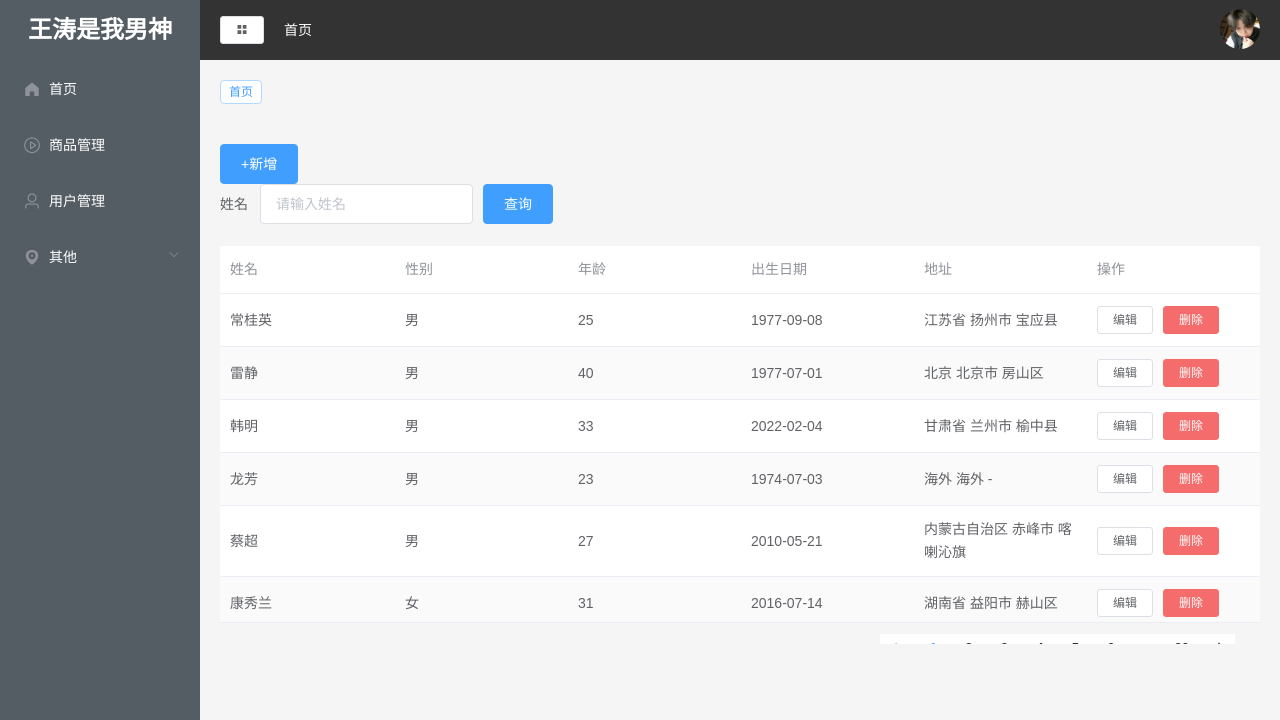
Repository: wangtao20230308/-
Page: /user
These files come from the project's save history. The page is drawn as it stood at one moment and after the next save; the edit follows.
The browser window is 1280 px wide. The pictures show the whole page.
The project was rebuilt for these pictures with package versions that can differ from the ones it lists, and the page was loaded fresh each time. Also part of the build but not shown: src/views/Home.vue, src/views/Mall.vue, src/views/PageOne.vue, src/views/PageTwo.vue.

Above is the page before, as saved 2023-03-27 13:51:25.

### src/main.js
import Vue from 'vue'
import App from './App.vue'
// //element-ui全局引入
// import ElementUI from 'element-ui';
// import 'element-ui/lib/theme-chalk/index.css';
// //element-ui转换成一个插件
// Vue.use(ElementUI);

//ele按需导入
import {
  Pagination,
  MessageBox,
  DatePicker,
  Select,
  Option,
  Form,
  FormItem,
  Input,
  Dialog,
  Tag,
  Breadcrumb,
  BreadcrumbItem,
  Table,
  TableColumn,
  Col,
  Row,
  Card,
  Button,
  Radio,
  Container,
  Aside,
  Header,
  Main,
  Menu,
  Submenu,
  MenuItemGroup,
  MenuItem,
  Dropdown,
  DropdownMenu,
  DropdownItem,
} from 'element-ui'
import 'element-ui/lib/theme-chalk/index.css'
import './assets/less/index.less'
Vue.use(Button)
Vue.use(Radio)
Vue.use(Container)
Vue.use(Aside)
Vue.use(Header)
Vue.use(Main)
Vue.use(Menu)
Vue.use(Submenu)
Vue.use(MenuItemGroup)
Vue.use(MenuItem)
Vue.use(Dropdown)
Vue.use(DropdownMenu)
Vue.use(DropdownItem)
Vue.use(Card)
Vue.use(Row)
Vue.use(Col)
Vue.use(Table)
Vue.use(TableColumn)
Vue.use(Breadcrumb)
Vue.use(BreadcrumbItem)
Vue.use(Tag)
Vue.use(Dialog)
Vue.use(Form)
Vue.use(FormItem)
Vue.use(Input)
Vue.use(Select)
Vue.use(Option)
Vue.use(DatePicker)
Vue.use(Pagination)

Vue.component(MessageBox.name, MessageBox) // 全局注册组件， 若使用Vue.use()会再初始时候执行一次，有bug
Vue.prototype.$message = MessageBox // 挂载到vm实例上
Vue.prototype.$confirm = MessageBox // 挂载到vm实例上

//路由引入
import router from './router'
import store from './store'
import './api/mock'

Vue.config.productionTip = false

new Vue({
  router,
  store, //把store挂载到vue实例上
  render: (h) => h(App),
}).$mount('#app')

### src/App.vue
<template>
  <div id="app">
    <router-view></router-view>
  </div>
</template>

<script>
//import HelloWorld from './components/HelloWorld.vue'

export default {
  name: 'App',
  components: {
    //HelloWorld
  },
}
</script>

<style lang="less">
html,
body,
h3,
p {
  padding: 0;
  margin: 0;
}
#app {
  height: 100vh;
}
</style>

### src/router/index.js
//import { hasOwnMetadata } from 'core-js/fn/reflect'
import Vue from 'vue'
import VueRouter from 'vue-router'
import Main from '../views/Main.vue'
import Home from '../views/Home.vue'
import User from '../views/User.vue'
import Mall from '../views/Mall.vue'
import PageOne from '../views/PageOne.vue'
import PageTwo from '../views/PageTwo.vue'

Vue.use(VueRouter)

const routes = [
  //主路由
  {
    path: '/',
    name: 'Main',
    //按需引入组件
    //原型：component: import()
    component: Main,
    redirect: '/home',
    children: [
      //子路由（嵌套路由）
      {
        //首页
        path: 'home',
        name: 'home',
        component: Home,
      },
      {
        //用户页
        path: 'user',
        name: 'user',
        component: User,
      },
      {
        //商品管理
        path: 'mall',
        name: 'mall',
        component: Mall,
      },
      {
        //页面1
        path: 'page1',
        name: 'page1',
        component: PageOne,
      },
      {
        //页面2
        path: 'page2',
        name: 'page2',
        component: PageTwo,
      },
      // {
      //   path: '/user',
      //   name: 'user',
      //   //按需引入组件
      //   //原型：component: import()
      //   component: () => import('../views/User')
      // }
    ],
  },
]

// new VueRouter({
//   mode: 'history',
// })
const router = new VueRouter({
  mode: 'history',
  routes,
})

//导出路由
export default router

### src/store/index.js
import Vue from 'vue'
import Vuex from 'vuex'
import tab from './tab'

//全局注入状态管理vuex
Vue.use(Vuex)

//创建vuex的实例
export default new Vuex.Store({
  modules: {
    tab,
  },
})

### src/api/mock.js
import Mock from 'mockjs'
import homeApi from './mockServeData/home'
import user from './mockServeData/user'

//定义mock请求拦截
// Mock.mock('/api/home/getData', 'get', function () {
//   //拦截到请求后的处理逻辑
//   console.log('拦截到了')
//   return 1
// })
Mock.mock('/api/home/getData', 'get', homeApi.getStatisticalData)

//用户列表的数据
Mock.mock('/api/user/add', 'post', user.createUser) //新增
Mock.mock('/api/user/edit', 'post', user.updateUser) //编辑
Mock.mock('/api/user/del', 'post', user.deleteUser) //删除
Mock.mock(/api\/user\/getUser/, 'get', user.getUserList) //获取表格数据

### src/assets/less/home.less
.home {
    .user {
      display: flex;
      align-items: center;
      padding-bottom: 20px;
      margin-bottom: 20px;
      border-bottom: 1px solid #ccc;
      img {
        width: 150px;
        height: 150px;
        border-radius: 50%;
        margin-right: 40px;
      }
      &info {
        .name {
          font-size: 32px;
          margin-bottom: 10px;
        }
        .access {
          color: #999999;
        }
      }
    }
    .login-info {
      p {
        line-height: 28px;
        font-size: 14px;
        color: #999999;
        span {
          color: #666666;
          margin-left: 60px;
        }
      }
    }
    .num {
      display: flex;
      flex-wrap: wrap;
      justify-content: space-between;
      .el-card {
        width: 32%;
        margin-bottom: 20px;
      }
      .icon {
        font-size: 30px;
        width: 80px;
        height: 80px;
        text-align: center;
        line-height: 80px;
        color: #fff;
      }
      .detail {
        margin-left: 15px;
        display: flex;
        flex-direction: column;
        justify-content: center;
        .num {
          font-size: 30px;
          margin-bottom: 10px;
        }
        .txt {
          font-size: 14px;
          text-align: center;
          color: #999999;
        }
      }
    }
    .graph {
      margin-top: 20px;
      display: flex;
      justify-content: space-between;
      .el-card {
        width: 48%;
      }
    }
  }

### src/views/Main.vue
<template>
  <el-container style="height: 100%">
    <el-aside width="auto">
      <!-- aside -->
      <common-aside></common-aside>
    </el-aside>
    <el-container>
      <el-header>
        <!-- Header -->
        <common-header></common-header>
      </el-header>
      <common-tag />
      <el-main>
        <!-- 路由出口，匹配到的组件都渲染在这里 -->
        <router-view></router-view>
      </el-main>
    </el-container>
  </el-container>
</template>

<script>
import CommonAside from '../components/CommonAside.vue'
import CommonHeader from '../components/CommonHeader.vue'
import commonTag from '../components/commonTag.vue'
export default {
  name: 'Main',
  components: {
    CommonAside,
    CommonHeader,
    commonTag,
  },
  data() {
    return {}
  },
}
</script>

<style lang="less" scoped>
.el-header {
  background-color: #333;
}
// .el-main {
//   padding-top: 0;
// }
</style>

### src/views/User.vue
<template>
  <div class="manage">
    <div>
      <el-dialog title="提示" :visible.sync="dialogVisible" width="50%" :before-close="handleClose">
        <!-- 用户的表单信息 -->
        <el-form ref="form" :model="form" label-width="80px" :inline="true" :rules="rules">
          <el-form-item label="姓名" prop="name">
            <el-input placeholder="请输入姓名" v-model="form.name"></el-input>
          </el-form-item>
          <el-form-item label="年龄" prop="age">
            <el-input placeholder="请输入年龄" v-model="form.age"></el-input>
          </el-form-item>
          <el-form-item label="性别" prop="sex">
            <el-select v-model="form.sex" placeholder="请选择">
              <el-option label="男" :value="1"></el-option>
              <el-option label="女" :value="0"></el-option>
            </el-select>
          </el-form-item>
          <el-form-item label="出生日期" prop="birth">
            <el-date-picker v-model="form.birth" type="datetime" placeholder="选择日期时间" value-format="yyyy-DD-MM"> </el-date-picker>
          </el-form-item>
          <el-form-item label="地址" prop="addr">
            <el-input placeholder="请输入地址" v-model="form.addr"></el-input>
          </el-form-item>
        </el-form>
        <span slot="footer" class="dialog-footer">
          <el-button @click="cancel">取 消</el-button>
          <el-button type="primary" @click="submit">确 定</el-button>
        </span>
      </el-dialog>
    </div>
    <div class="manage-header">
      <el-button type="primary" @click="handleAdd">+新增</el-button>
      <!-- form搜索区域 -->
      <el-form :model="serchForm" :inline="true">
        <el-form-item label="姓名" prop="name">
          <el-input placeholder="请输入姓名" v-model="serchForm.name"></el-input>
        </el-form-item>
        <el-form-item>
          <el-button type="primary" @click="onSubmit">查询</el-button>
        </el-form-item>
      </el-form>
    </div>
    <div class="common-table">
      <el-table :data="tableData" style="width: 100%" height="90%" stripe>
        <el-table-column prop="name" label="姓名"> </el-table-column>
        <el-table-column prop="sex" label="性别">
          <template slot-scope="scope">
            <span>{{ scope.row.sex === 1 ? '男' : '女' }}</span>
          </template>
        </el-table-column>
        <el-table-column prop="age" label="年龄"> </el-table-column>
        <el-table-column prop="birth" label="出生日期"> </el-table-column>
        <el-table-column prop="addr" label="地址"> </el-table-column>
        <el-table-column prop="action" label="操作">
          <template slot-scope="scope">
            <el-button size="mini" @click="handleEidt(scope.row)">编辑</el-button>
            <el-button size="mini" type="danger" @click="handleDelete(scope.row)">删除</el-button>
          </template>
        </el-table-column>
      </el-table>
      <div class="pager">
        <el-pagination layout="prev, pager, next" :total="total" @current-change="handlePage"> </el-pagination>
      </div>
    </div>
  </div>
</template>
<script>
import { getUser, addUser, editUser, delUser } from '../api'
export default {
  name: 'User',
  data() {
    return {
      dialogVisible: false,
      form: {
        name: '',
        age: '',
        sex: '',
        birth: '',
        addr: '',
      },
      rules: {
        name: [{ required: true, message: '请输入姓名', trigger: 'blur' }],
        age: [{ required: true, message: '请输入年龄', trigger: 'blur' }],
        sex: [{ required: true, message: '请选择性别', trigger: 'blur' }],
        birth: [{ required: true, message: '请输入出生日期', trigger: 'blur' }],
        addr: [{ required: true, message: '请输入地址', trigger: 'blur' }],
      },
      tableData: [],
      modalType: 0, //通过该字段管理弹窗是新增还是删除，0表示新增，1表示删除
      total: 0, //当前总条数，默认为0
      pageData: {
        page: 1,
        limit: 10,
      }, //分页参数
      serchForm: {
        name: '',
      },
    }
  },
  methods: {
    //点击确定，提交用户表单
    submit() {
      this.$refs.form.validate((valid) => {
        //判断是否校验，参数valid为boolean值
        if (valid) {
          //校验成功，后续对表单的处理
          console.log(valid, 'valid')
          console.log(this.form, '拿到表单提交后的form数据')
          if (this.modalType === 0) {
            //如果·为0，调用新增接口addUser
            addUser(this.form).then(() => {
              //重新获取列表数据
              this.getList()
            })
          } else {
            editUser(this.form).then(() => {
              //重新获取列表数据
              this.getList()
            })
          }
          this.$refs.form.resetFields()
          //关闭弹窗
          this.dialogVisible = false
        }
      })
    },
    handleClose() {
      this.$refs.form.resetFields()
      this.dialogVisible = false
    },
    cancel() {
      this.handleClose()
    },
    // cancel() {
    //   this.$refs.form.resetFields()
    //   this.dialogVisible = false
    // },
    handleAdd() {
      this.modalType = 0
      this.dialogVisible = true
    },
    handleEidt(rowData) {
      this.modalType = 1
      console.log(rowData)
      this.dialogVisible = true
      //需要深拷贝，不然会直接修改会改变tableData里面的数据，会报错
      this.form = JSON.parse(JSON.stringify(rowData))
    },
    handleDelete(rowData) {
      console.log(rowData)
      this.$confirm('此操作将永久删除该文件, 是否继续?', '提示', {
        confirmButtonText: '确定',
        cancelButtonText: '取消',
        type: 'warning',
      })
        .then(() => {
          delUser({ id: rowData.id }).then(() => {
            this.$message({
              type: 'success',
              message: '删除成功!',
            })
            //重新获取列表数据
            this.getList()
          })
        })
        .catch(() => {
          this.$message({
            type: 'info',
            message: '已取消删除',
          })
        })
    },
    //选择页码回调,val是获取的页码值1、2、3、4、5....
    handlePage(val) {
      console.log(val, 'val')
      this.pageData.page = val
      this.getList()
    },
    //查询列表
    onSubmit() {
      this.getList()
    },
    //公共，获取列表数据
    getList() {
      // 获取列表数据
      getUser({ params: { ...this.serchForm.name, ...this.pageData } }).then(({ data }) => {
        console.log(data, 'data')
        this.tableData = data.list
        this.total = data.count || 0
      })
    },
  },
  mounted() {
    //每次加载重新刷新列表数据
    this.getList()
  },
}
</script>

<style lang="less" scoped>
.manage {
  height: 90%;
  .common-table {
    position: relative;
    height: calc(100% - 62px);
    .pager {
      position: absolute;
      bottom: 0;
      right: 20px;
    }
  }
}
</style>

### src/store/tab.js
//用来管理菜单的数据
export default {
  state: {
    isCollapse: false, // 控制菜单的展开还是收起
    tabsList: [
      {
        path: '/',
        name: 'home',
        label: '首页',
        icon: 's-home',
        url: 'Home/Home',
      },
    ], //面包屑数据
  },
  mutations: {
    //修改菜单展开收起的方法
    collapseMenu(state) {
      state.isCollapse = !state.isCollapse
    },
    //更新面包屑数据
    selectMenu(state, val) {
      //判断添加的数据是否为首页
      if (val.name !== 'home') {
        const index = state.tabsList.findIndex((item) => item.name === val.name)
        //如果不存在
        if (index === -1) {
          state.tabsList.push(val)
        }
      }
    },
    //删除指定的tag数据
    closeTag(state, item) {
      console.log(item, 'item')
      const index = state.tabsList.findIndex((val) => val.name === item.name)
      state.tabsList.splice(index, 1)
    },
  },
}

### src/api/mockServeData/home.js
// mock数据模拟
import Mock from 'mockjs'

// 图表数据
let List = []
export default {
  getStatisticalData: () => {
    //Mock.Random.float 产生随机数100到8000之间 保留小数 最小0位 最大0位
    for (let i = 0; i < 7; i++) {
      List.push(
        Mock.mock({
          苹果: Mock.Random.float(100, 8000, 0, 0),
          vivo: Mock.Random.float(100, 8000, 0, 0),
          oppo: Mock.Random.float(100, 8000, 0, 0),
          魅族: Mock.Random.float(100, 8000, 0, 0),
          三星: Mock.Random.float(100, 8000, 0, 0),
          小米: Mock.Random.float(100, 8000, 0, 0),
        })
      )
    }
    return {
      code: 20000,
      data: {
        // 饼图
        videoData: [
          {
            name: '小米',
            value: 2999,
          },
          {
            name: '苹果',
            value: 5999,
          },
          {
            name: 'vivo',
            value: 1500,
          },
          {
            name: 'oppo',
            value: 1999,
          },
          {
            name: '魅族',
            value: 2200,
          },
          {
            name: '三星',
            value: 4500,
          },
        ],
        // 柱状图
        userData: [
          {
            date: '周一',
            new: 5,
            active: 200,
          },
          {
            date: '周二',
            new: 10,
            active: 500,
          },
          {
            date: '周三',
            new: 12,
            active: 550,
          },
          {
            date: '周四',
            new: 60,
            active: 800,
          },
          {
            date: '周五',
            new: 65,
            active: 550,
          },
          {
            date: '周六',
            new: 53,
            active: 770,
          },
          {
            date: '周日',
            new: 33,
            active: 170,
          },
        ],
        // 折线图
        orderData: {
          date: ['20191001', '20191002', '20191003', '20191004', '20191005', '20191006', '20191007'],
          data: List,
        },
        //表格数据
        tableData: [
          {
            name: 'oppo',
            todayBuy: 500,
            monthBuy: 3500,
            totalBuy: 22000,
          },
          {
            name: 'vivo',
            todayBuy: 300,
            monthBuy: 2200,
            totalBuy: 24000,
          },
          {
            name: '苹果',
            todayBuy: 800,
            monthBuy: 4500,
            totalBuy: 65000,
          },
          {
            name: '小米',
            todayBuy: 1200,
            monthBuy: 6500,
            totalBuy: 45000,
          },
          {
            name: '三星',
            todayBuy: 300,
            monthBuy: 2000,
            totalBuy: 34000,
          },
          {
            name: '魅族',
            todayBuy: 350,
            monthBuy: 3000,
            totalBuy: 22000,
          },
        ],
      },
    }
  },
}

### src/components/CommonAside.vue
<template>
  <el-menu default-active="1-4-1" class="el-menu-vertical-demo" @open="handleOpen" @close="handleClose" :collapse="isCollapse" background-color="#545c64" text-color="#fff" active-text-color="#ffd04b">
    <h3>{{ isCollapse ? '王涛' : '王涛是我男神' }}</h3>
    <el-menu-item @click="clickMenu(item)" v-for="item in noChildrenMenu" :key="item.name" :index="item.name">
      <i :class="`el-icon-${item.icon}`"></i>
      <span slot="title">{{ item.label }}</span>
    </el-menu-item>
    <el-submenu v-for="item in hasChildrenMenu" :key="item.label" :index="item.label">
      <template slot="title">
        <i :class="`el-icon-${item.icon}`"></i>
        <span slot="title">{{ item.label }}</span>
      </template>
      <el-menu-item-group v-for="subItem in item.children" :key="subItem.path">
        <el-menu-item @click="clickMenu(subItem)" :index="subItem.path">{{ subItem.label }}</el-menu-item>
      </el-menu-item-group>
    </el-submenu>
  </el-menu>
</template>

<style lang="less">
.el-menu-vertical-demo:not(.el-menu--collapse) {
  width: 200px;
  min-height: 400px;
}
.el-menu {
  height: 100vh;
  border-right: none;
  h3 {
    color: #fff;
    // height: 48px;
    text-align: center;
    line-height: 60px;
    font-size: 24px;
    font-weight: 700;
    //喜欢哈哈哈
  }
}
</style>

<script>
export default {
  data() {
    return {
      // isCollapse: false,
      menuData: [
        {
          path: '/',
          name: 'home',
          label: '首页',
          icon: 's-home',
          url: 'Home/Home',
        },
        {
          path: '/mall',
          name: 'mall',
          label: '商品管理',
          icon: 'video-play',
          url: 'MallManage/MallManage',
        },
        {
          path: '/user',
          name: 'user',
          label: '用户管理',
          icon: 'user',
          url: 'UserManage/UserManage',
        },
        {
          label: '其他',
          icon: 'location',
          children: [
            {
              path: '/page1',
              name: 'page1',
              label: '页面1',
              icon: 'setting',
              url: 'Other/PageOne',
            },
            {
              path: '/page2',
              name: 'page2',
              label: '页面2',
              icon: 'setting',
              url: 'Other/PageTwo',
            },
          ],
        },
      ],
    }
  },
  methods: {
    handleOpen(key, keyPath) {
      console.log(key, keyPath)
    },
    handleClose(key, keyPath) {
      console.log(key, keyPath)
    },
    clickMenu(item) {
      console.log('======', item)
      if (this.$route.path !== item.path && !(this.$route.path === '/home' && item.path === '/')) this.$router.push(item.path)
      this.$store.commit('selectMenu', item)
    },
  },
  computed: {
    //没有子菜单的导航栏
    noChildrenMenu() {
      return this.menuData.filter((item) => !item.children)
    },
    //有子菜单的导航栏-->其他
    hasChildrenMenu() {
      return this.menuData.filter((item) => item.children)
    },
    isCollapse() {
      return this.$store.state.tab.isCollapse
    },
  },
}
</script>

### src/components/CommonHeader.vue
<template>
  <header>
    <div class="l-content">
      <el-button plain icon="el-icon-menu" size="mini" @click="handleMenu"></el-button>
      <!-- 面包屑 -->
      <el-breadcrumb separator="/">
        <el-breadcrumb-item v-for="item in tags" :key="item.path" :to="{ path: item.path }">{{ item.label }}</el-breadcrumb-item>
      </el-breadcrumb>
    </div>
    <div class="r-content">
      <el-dropdown trigger="click" size="mini">
        <span>
          <img class="user" :src="userImg" />
        </span>
        <el-dropdown-menu slot="dropdown">
          <el-dropdown-item>个人中心</el-dropdown-item>
          <el-dropdown-item>退出</el-dropdown-item>
        </el-dropdown-menu>
      </el-dropdown>
    </div>
  </header>
</template>

<script>
import { mapState } from 'vuex'
export default {
  name: 'CommonHeader',
  data() {
    return {
      userImg: require('../assets/images/user.png'),
    }
  },
  methods: {
    handleMenu() {
      this.$store.commit('collapseMenu')
    },
  },
  computed: {
    ...mapState({
      tags: (state) => state.tab.tabsList,
    }),
  },
}
</script>

<style lang="less" scoped>
header {
  display: flex;
  height: 100%;
  justify-content: space-between;
  align-items: center;
}
.l-content {
  display: flex;
  align-items: center;
  .el-button {
    margin-right: 20px;
  }
  /deep/ .el-breadcrumb__item {
    .el-breadcrumb__inner {
      font-style: normal;
      &.is-link {
        color: #666;
      }
    }
    &:last-child {
      .el-breadcrumb__inner {
        color: #fff;
      }
    }
  }
}
.r-content {
  .user {
    width: 40px;
    height: 40px;
    border-radius: 50%;
  }
}
</style>

### src/components/commonTag.vue
<template>
  <div class="tabs">
    <el-tag v-for="(item, index) in tags" :key="item.path" :effect="$route.name === item.name ? 'dark' : 'plain'" :closable="item.name !== 'home'" @click="changeMenu(item)" @close="handleClose(item, index)" size="small">
      {{ item.label }}
    </el-tag>
  </div>
</template>

<script>
import { mapState, mapMutations } from 'vuex'
export default {
  name: 'CommonTag',
  data() {
    return {}
  },
  computed: {
    ...mapState({
      tags: (state) => state.tab.tabsList,
    }),
  },
  methods: {
    ...mapMutations(['closeTag']),
    //点击tag跳转的功能
    changeMenu(item) {
      this.$router.push({ name: item.name })
    },
    //点击tag删除的功能
    handleClose(item, index) {
      // 调用store中的mutations
      this.closeTag(item)
      const length = this.tags.length
      //删除之后的跳转逻辑，1.删除非激活标签
      if (item.name !== this.$route.name) {
        return
      }
      //2.表示删除的最后一项激活标签
      if (index === length) {
        this.$router.push({ name: this.tags[index - 1].name })
      } else {
        this.$router.push({ name: this.tags[index].name })
      }
    },
  },
}
</script>

<style lang="less" scoped>
.tabs {
  padding: 20px;
  .el-tag {
    margin-right: 15px;
    cursor: pointer;
  }
}
</style>

### src/api/index.js
import http from '../utils/requst'

//请求首页数据
export const getData = () => {
  //返回一个promise对象,/home/getData这个链接由后端提供的get(请求链接，请求参数)
  return http.get('/home/getData')
}

//获取用户user页的列表、新增、编辑、删除数据
export const getUser = (params) => {
  return http.get('/user/getUser', params)
}

export const addUser = (data) => {
  return http.post('/user/add', data)
}

export const editUser = (data) => {
  return http.post('/user/edit', data)
}

export const delUser = (data) => {
  return http.post('/user/del', data)
}

### src/utils/requst.js
// axios的二次封装
import axios from 'axios'

//创建实列
const http = axios.create({
  //通用请求地址的前缀
  baseURL: '/api',
  //超时时间，就是最大的请求时间是多少
  timeout: 10000,
})

// 从axios中文官方文档直接copy，添加请求拦截器
http.interceptors.request.use(
  function (config) {
    // 在发送请求之前做些什么
    return config
  },
  function (error) {
    // 对请求错误做些什么
    return Promise.reject(error)
  }
)

// 添加响应拦截器
http.interceptors.response.use(
  function (response) {
    // 对响应数据做点什么
    return response
  },
  function (error) {
    // 对响应错误做点什么
    return Promise.reject(error)
  }
)

export default http

Loaded but not shown: public/index.html (common file); src/assets/less/index.less (common file); src/assets/less/reset.less (common file); src/assets/less/common.less (common file); src/api/mockServeData/user.js (133 lines, source omitted)

After the next save:
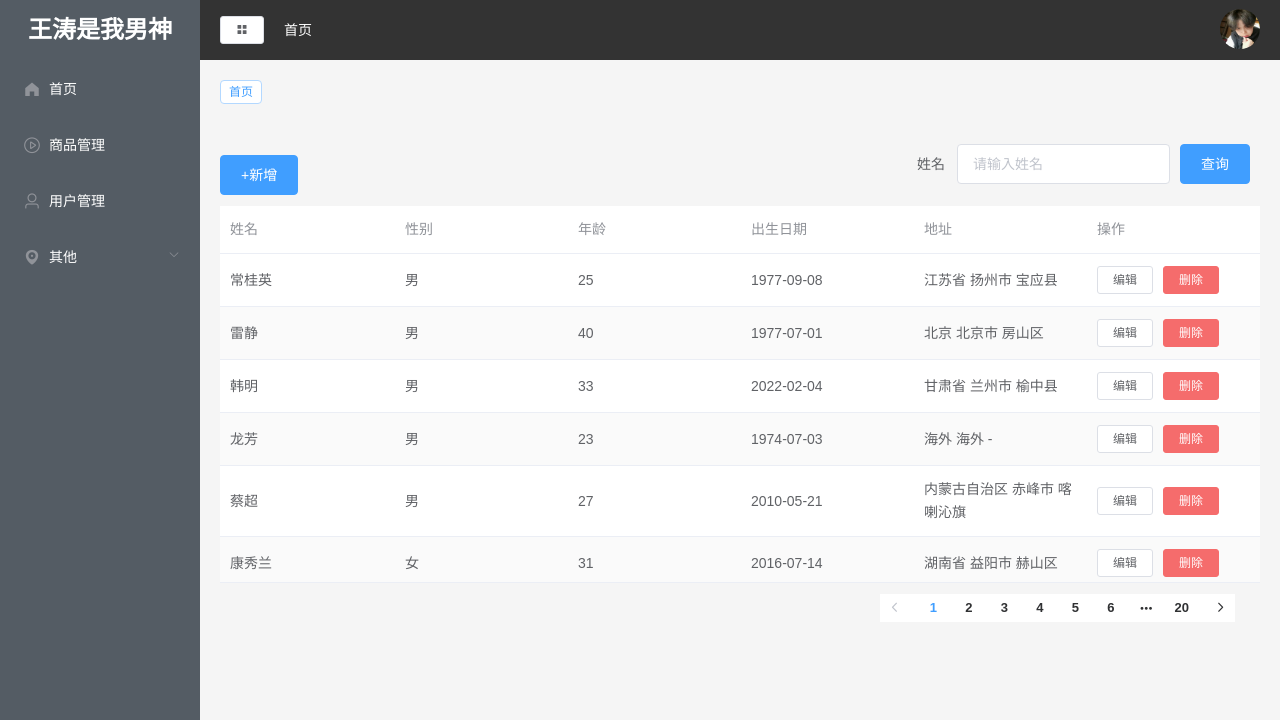
Saved 81 s later.
--- a/src/views/User.vue
+++ b/src/views/User.vue
@@ -210,5 +210,10 @@ export default {
       right: 20px;
     }
   }
+  .manage-header {
+    display: flex;
+    justify-content: space-between;
+    align-items: center;
+  }
 }
 </style>
